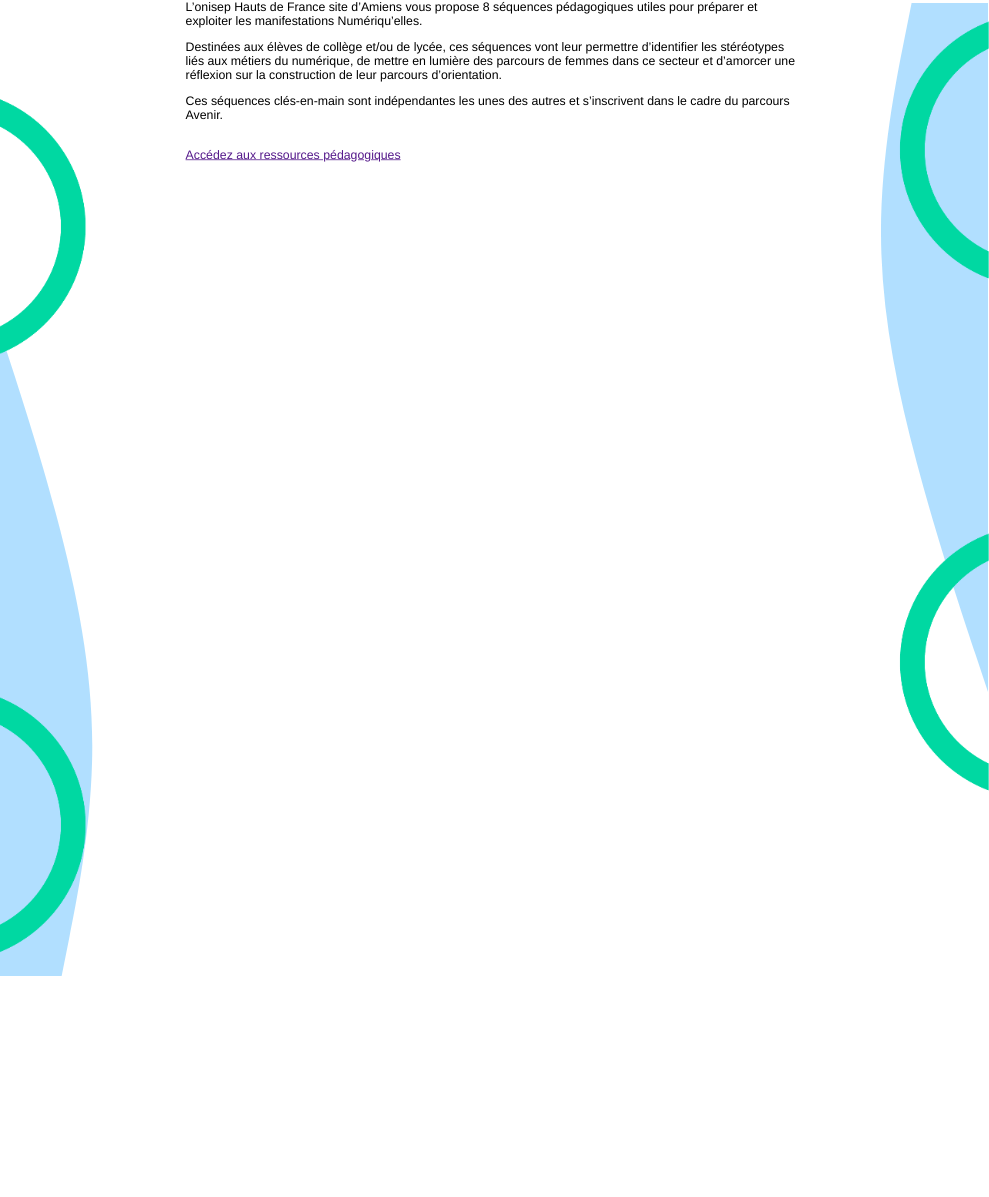
Repository: FrancisClerfayt/NumeriquElles
Page: preparation.html
An editor plug-in stored every save of this project. The page is shown before and after the next save, followed by the edit.
The browser window is 1280 px wide. The page is 1284 px wide, so the pictures cover 1284 px, including what lies to the right of the window. The pictures show the whole page, at 77% of full size.

Above is the page before, as saved 2020-10-27 15:58:20.

After the next save:
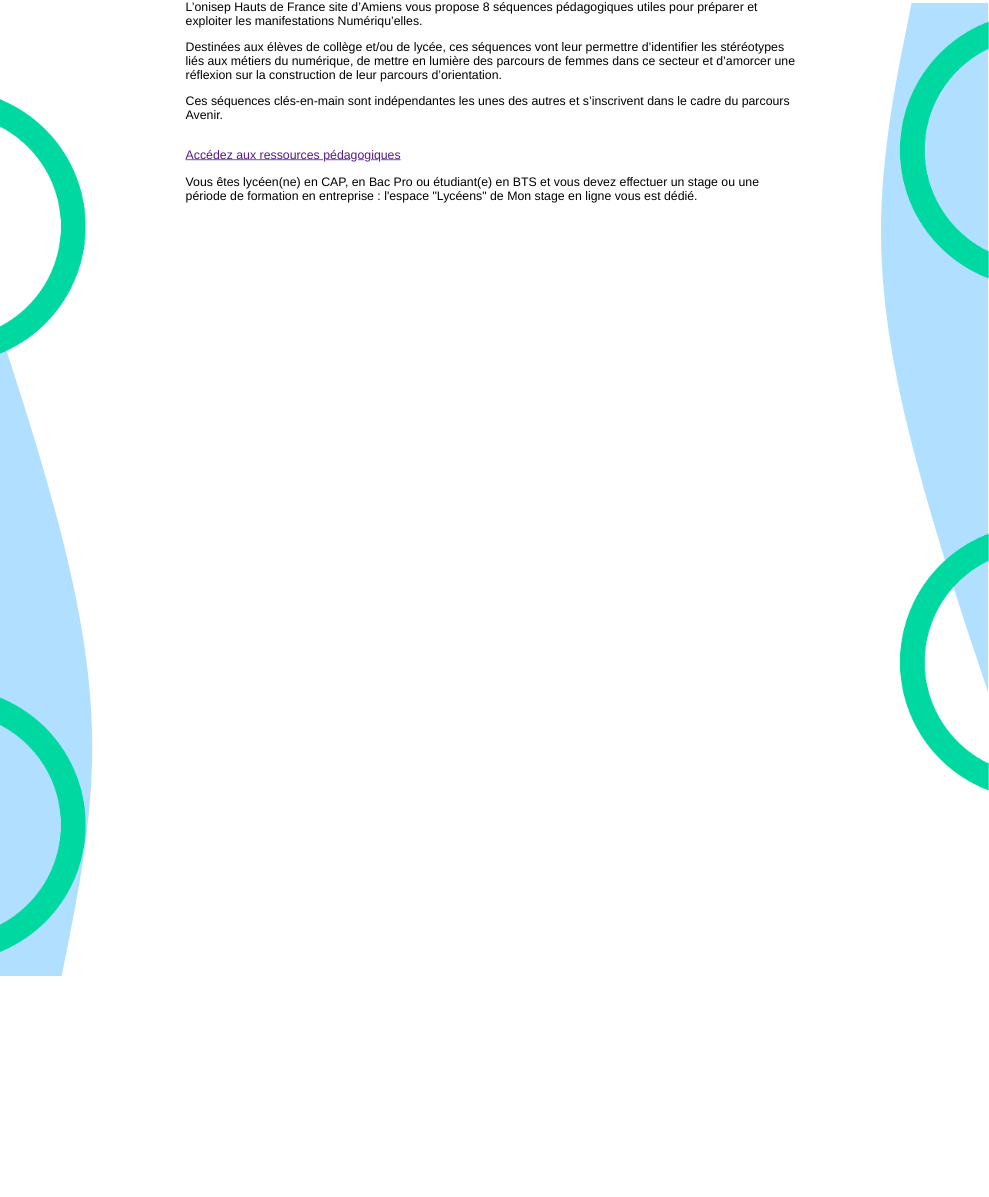
Saved 38 s later.
--- a/preparation.html
+++ b/preparation.html
@@ -28,7 +28,7 @@
             </div>
             <img src="" alt="" class="imgblue">
             <div class="textBottomP">
-                <P class="blackF"></P>
+                <P class="blackF">Vous êtes lycéen(ne) en CAP, en Bac Pro ou étudiant(e) en BTS et vous devez effectuer un stage ou une période de formation en entreprise  : l'espace "Lycéens" de Mon stage en ligne vous est dédié. </P>
                 <P class="blackF"></P>
                 <p><span class="blackF"></span></p>
                 <p><span class="blackF"></span></p>
